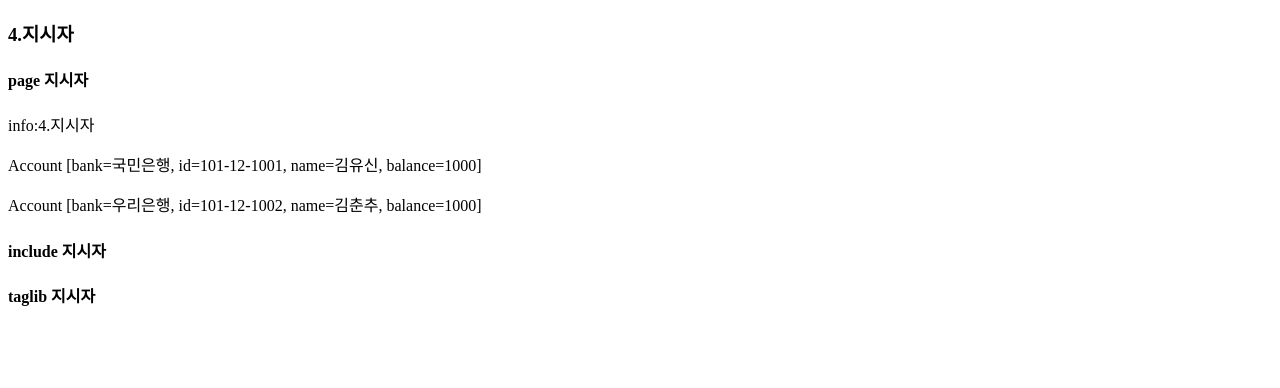
Repository: gahuileeee/JSP
Page: http://localhost/ch02/4.지시자.jsp
An editor plug-in stored every save of this project. The page is shown before and after the next save, followed by the edit.
The browser window is 1280 px wide. The pictures show the whole page.
The page is served by Tomcat 9.

Above is the page before, as saved 2024-01-29 02:25:59.

After the next save:
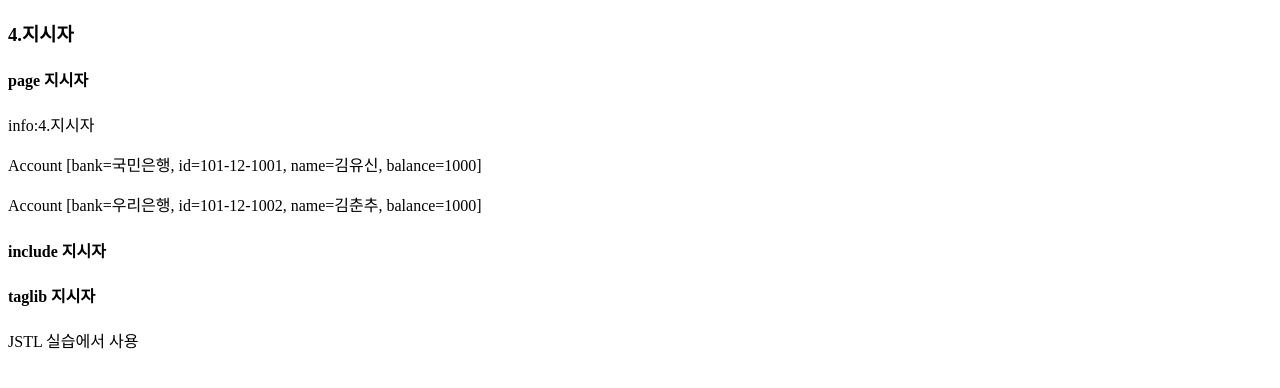
Saved 9 s later.
--- a/ch02/src/main/webapp/4.지시자.jsp
+++ b/ch02/src/main/webapp/4.지시자.jsp
@@ -18,7 +18,11 @@
 		%>
 		<p><%= kb %></p>
 		<p><%= wr %></p>
+
 		<h4>include 지시자</h4>
+		<%@ include file="./inc/_header.jsp" %>
+		<%@ include file="./inc/_footer.jsp" %>
 		<h4>taglib 지시자</h4>
+		<p>JSTL 실습에서 사용</p>
 	</body>
 </html>
